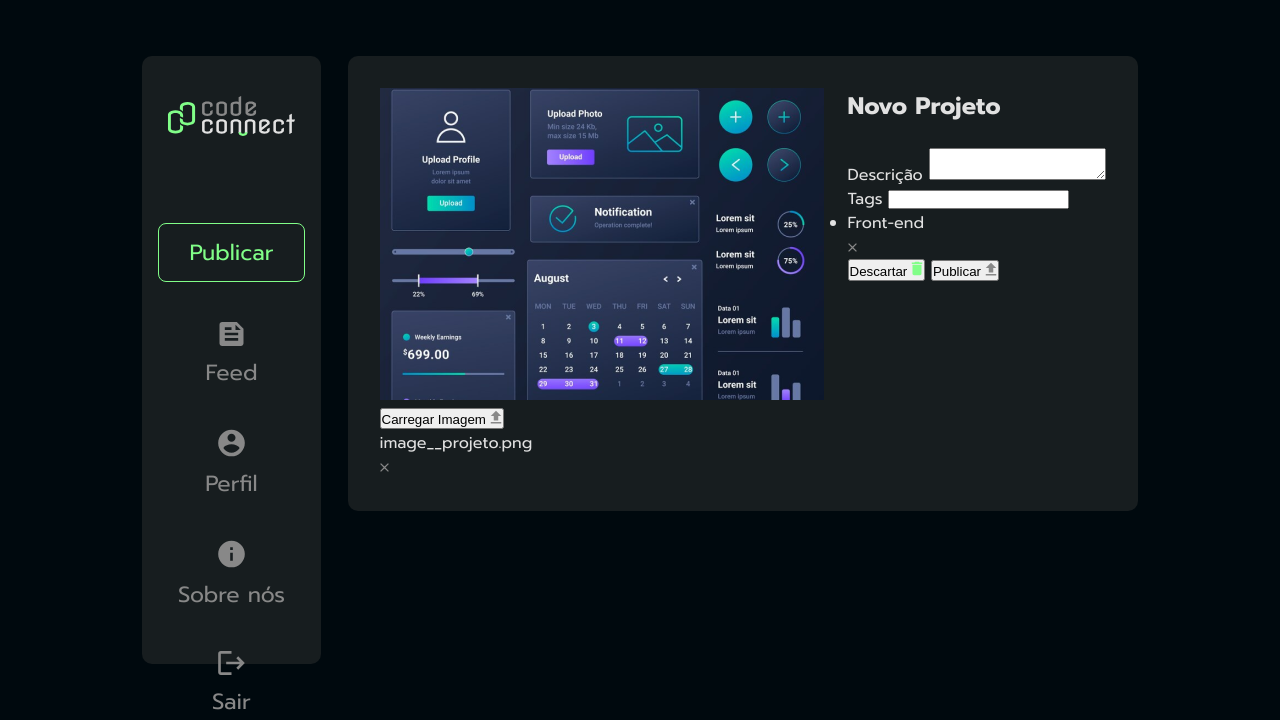
Repository: joaoPraiaJunior/async_await
Page: index.html
An editor plug-in stored every save of this project. The page is shown before and after the next save, followed by the edit.
The browser window is 1280 px wide. The pictures show the whole page.

Above is the page before, as saved 2024-08-24 19:15:41.

After the next save:
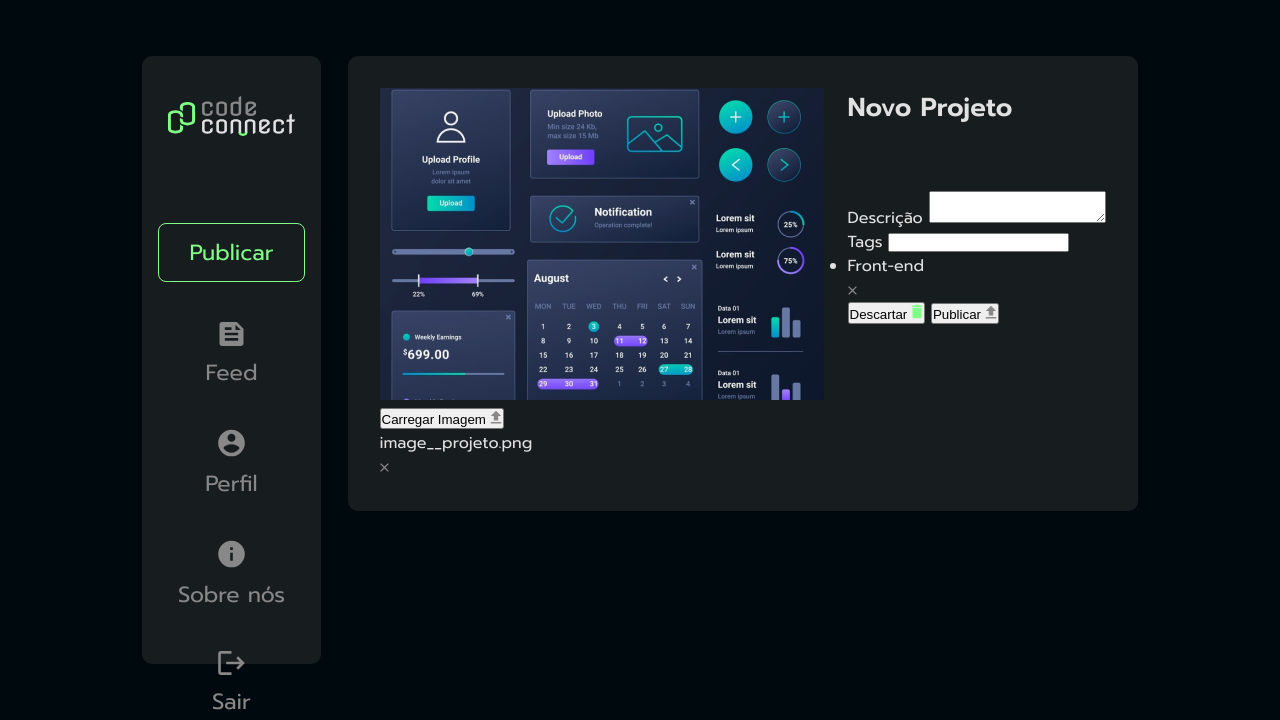
Saved 44 s later.
--- a/css/styles.css
+++ b/css/styles.css
@@ -82,3 +82,9 @@ body {
     flex-direction: column;
     gap: 2.4rem;
 }
+
+.c-formulario__titulo {
+    font-size: 2.6rem;
+    font-weight: 600;
+    margin-bottom: 4.0rem;
+}
